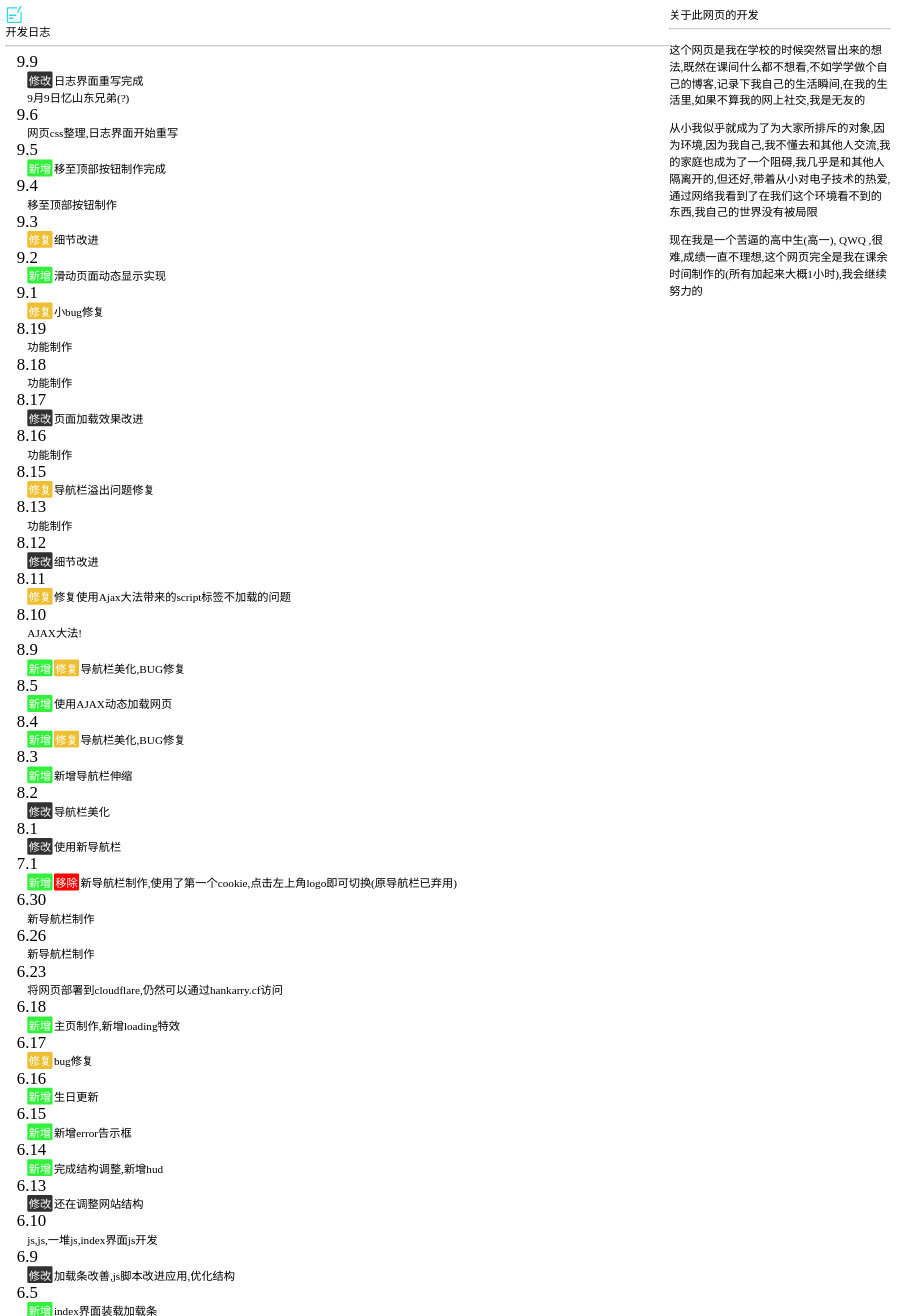
Repository: hankarry/personal_page
Page: diary/diary_pageload.html
An editor plug-in stored every save of this project. The page is shown before and after the next save, followed by the edit.
The browser window is 1280 px wide. The page is 1280 px wide, then 1282 px, so the pictures cover 1282 px, including what lies to the right of the window. The pictures show the part of the page from y = 0 to 1880 px (the page is 3587 px tall), at 70% of full size.

Above is the page before, as saved 2022-09-09 12:10:23.
Console error: ReferenceError: Header is not defined

After the next save:
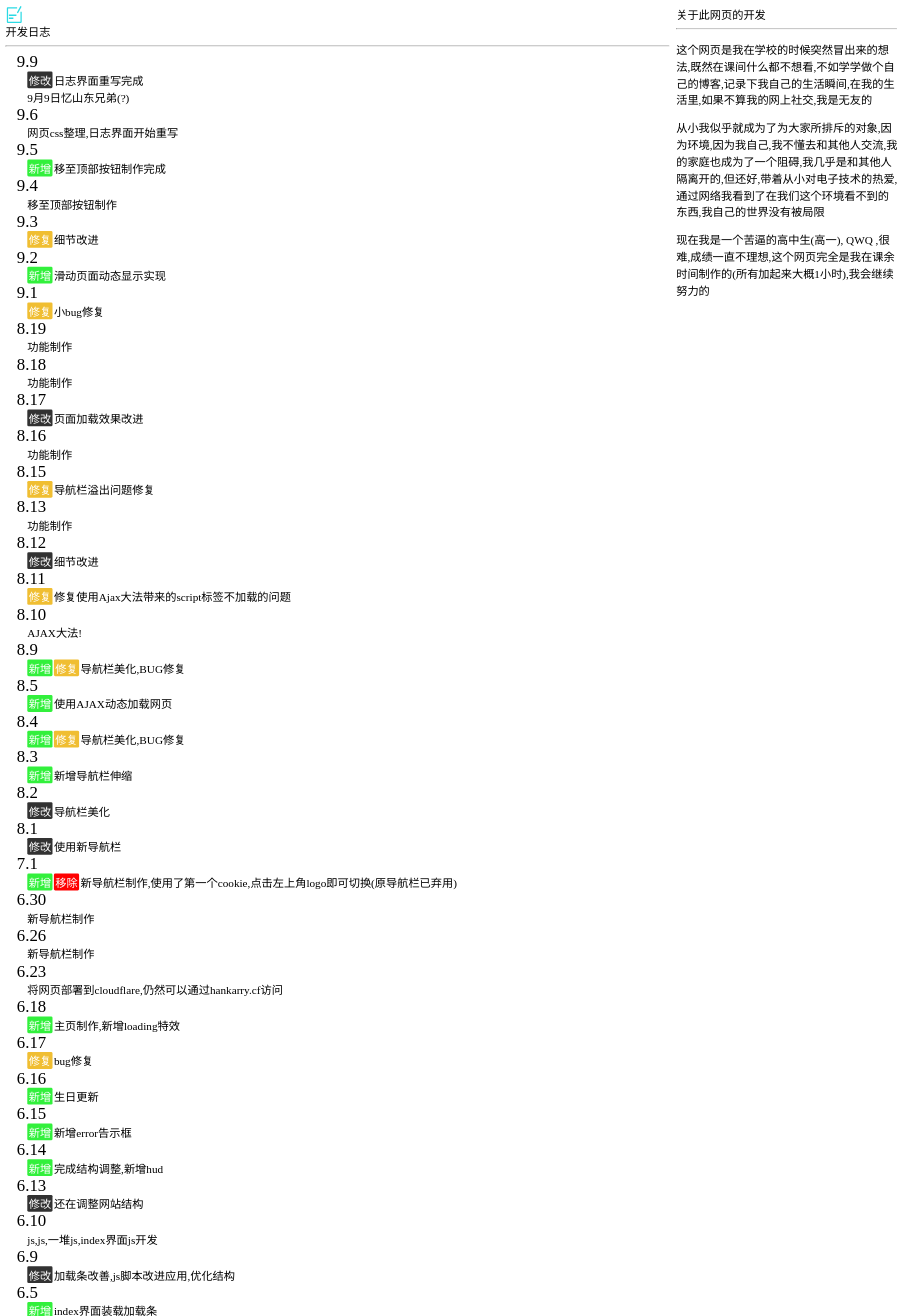
Saved 16 s later.
--- a/css/diary.css
+++ b/css/diary.css
@@ -1,6 +1,7 @@
 #whole_diary {
     display: grid;
     grid-template-columns : 75% 25%;
+    grid-gap: 10px;
     /* grid-template-rows: min-content min-content; */
 }
 
